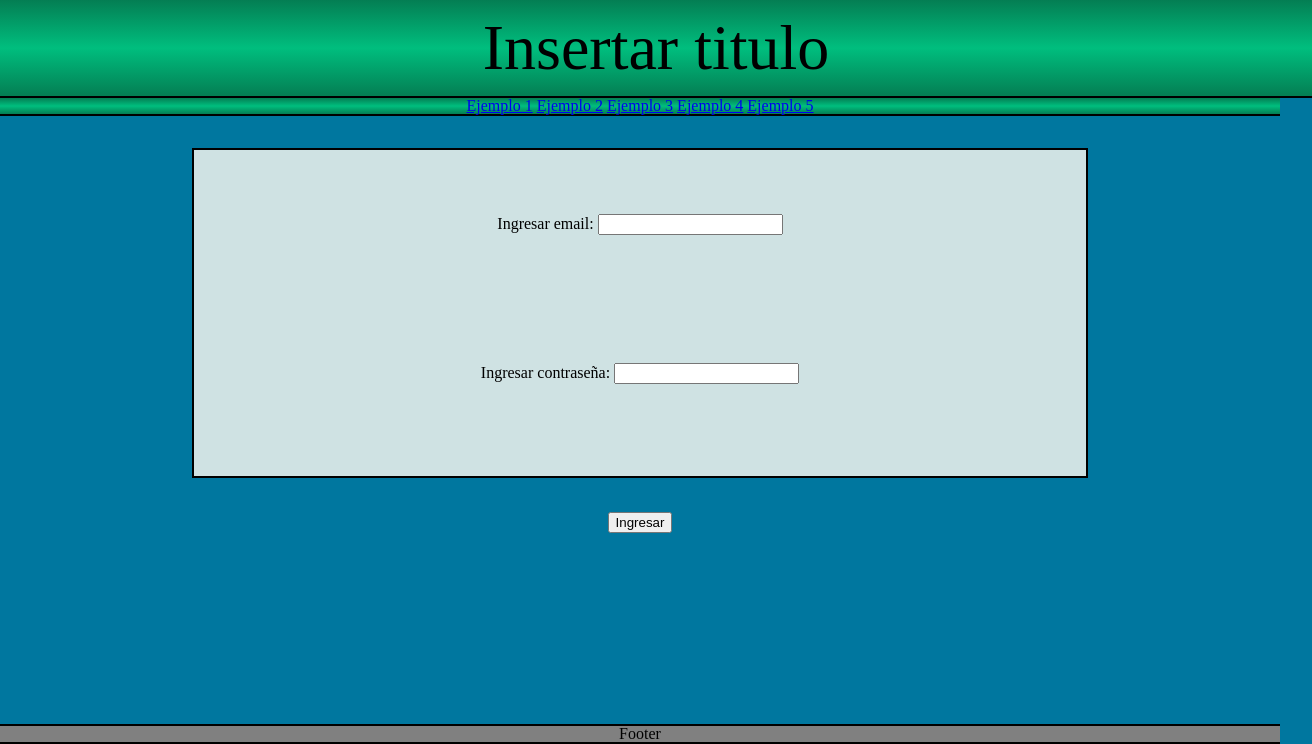
Repository: FacundoKinderknecht/Parcial-2-LPPA
Page: login/login.html
An editor plug-in stored every save of this project. The page is shown before and after a run of saves, followed by the edit.
The browser window is 1280 px wide. The page is 1312 px wide, so the pictures cover 1312 px, including what lies to the right of the window. The pictures show the whole page.

Above is the page before, as saved 2022-07-06 10:33:39.

After the next 2 saves:
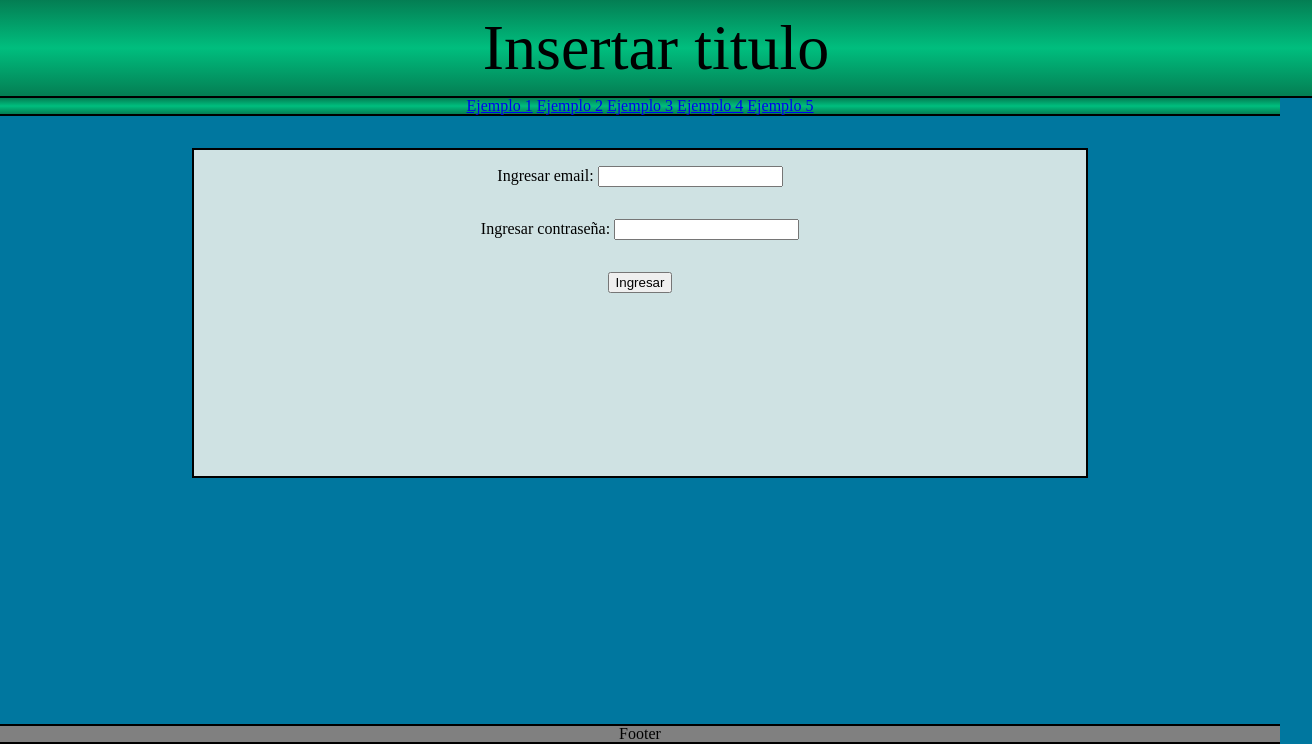
The 2 saves are shown as one change because they came seconds apart.
The last was saved 7 s later.
--- a/login/login.css
+++ b/login/login.css
@@ -35,7 +35,7 @@ form{
     align-items: center;
 }
 div{
-    padding: 4rem;
+    padding: 1rem;
 }
 footer{
     border-top: 2px solid black;
